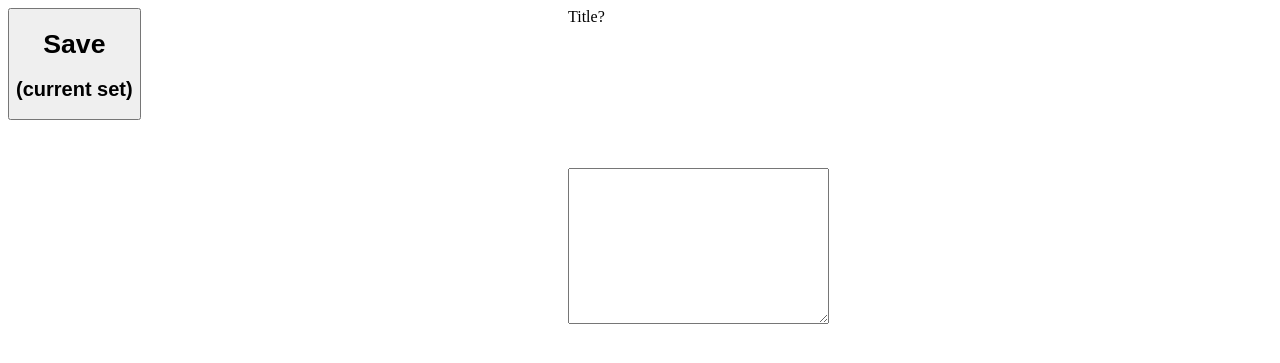
Repository: pixman92/GitTab
Page: popup.html
These files come from the project's save history. The page is drawn as it stood at one moment and after the next save; the edit follows.
The browser window is 1280 px wide. The pictures show the whole page.

Above is the page before, as saved 2020-01-24 13:36:26.

### popup.html
<!-- this file, is the 'instructions' of the extension
showing the different commands -->

<!DOCTYPE html>
<html>
<head>
    <meta charset="utf-8" />
    <meta http-equiv="X-UA-Compatible" content="IE=edge">
    <title>GitTab - Help</title>
    <meta name="viewport" content="width=device-width, initial-scale=1">
    <!-- <link rel="stylesheet" type="text/css" media="screen" href="main.css" /> -->
    <!-- <script src="main.js"></script> -->
    <script src="takeMeToBackground.js"></script>
    <style>
        div{
            width: 35em;
        }
        .grid1{
            display: grid;
            grid-template-columns: 0fr 1fr;
        }
        .grid2{
            display: grid;
            grid-template-rows: 1fr 1fr;
        }
    </style>
</head>
<body>
        <div class="grid1">
            <div>
                <button id="back"><span>
                    <h1>Save</h1><h2>(current set)</h2>
                </span></button>
            </div>
            <div class="grid2">
                <div>

                    Title?
                </div>
                <div>
                    <textarea name="" id="title" cols="30" rows="10"></textarea>
                </div>
            </div>
        </div>

</body>
</html>

### takeMeToBackground.js
window.onload = ()=>{
    document.getElementById('back').addEventListener('click', ()=>{
        pullCurrentWindow();
    })
}

//========================================
//functions for pulling Tab data

// var tabGlobal;
function pullCurrentWindow(){
    //DIFICULT Function!!
    // works on getting current tabs
    // saving them to 'chrome' storage
    // and reproducing them in background.html
    var tabGlobal;
    chrome.tabs.query({currentWindow: true}, (tab)=>{
        console.log('tab', tab);
        tabGlobal = tab;
        chrome.storage.sync.set({'tabSet': tabGlobal});
    });
    console.log('tabGlobal1', tabGlobal);


    showBackground();

}


function showBackground(){
    chrome.tabs.create({url: chrome.extension.getURL('background.html')});
}


//========================================

function wait(timout){
    return new Promise(resolve=>setTimeout(resolve, timout));
}

After the next save:
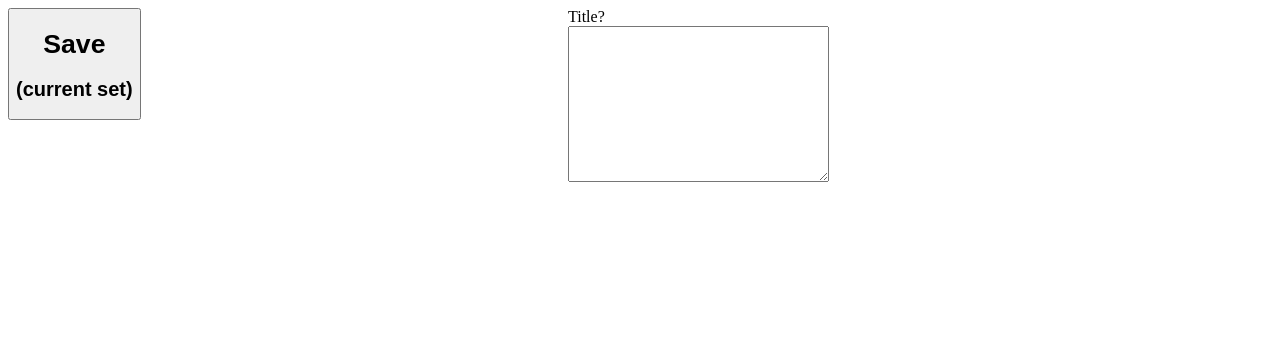
Saved 15 s later.
--- a/popup.html
+++ b/popup.html
@@ -32,7 +32,7 @@ showing the different commands -->
                     <h1>Save</h1><h2>(current set)</h2>
                 </span></button>
             </div>
-            <div class="grid2">
+            <div class="">
                 <div>
 
                     Title?
